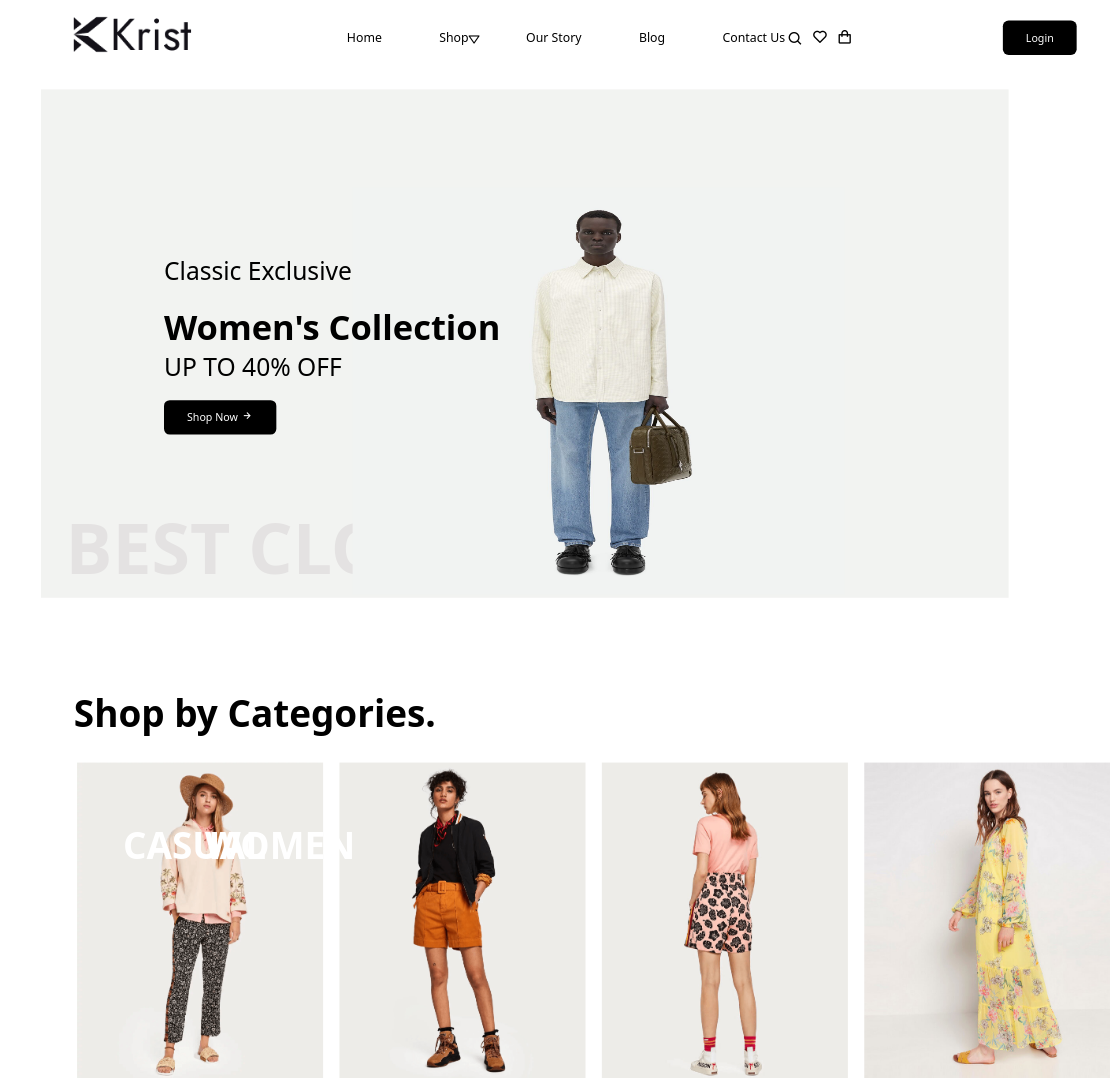
Repository: isaacCodes1/Krist-Website
Page: index.html
The author's editor kept a copy of each file at every save. The page is drawn from the files as they stood at one save, then again after the next save.
The browser window is 1280 px wide. The page is 1354 px wide, so the pictures cover 1354 px, including what lies to the right of the window. The pictures show the whole page, at 82% of full size.

Above is the page before, as saved 2024-04-01 11:07:46.

### index.html
<!DOCTYPE html>
<html lang="en">
  <head>
    <meta charset="UTF-8" />
    <meta name="viewport" content="width=device-width, initial-scale=1.0" />
    <link rel="stylesheet" href="style.css" />
    <link
      rel="stylesheet"
      href="https://unpkg.com/boxicons@latest/css/boxicons.min.css"
    />
    <title>Krist Website.</title>
  </head>
  <body>
    <header>
      <nav>
        <div class="navBar">
          <a href="index.html"><img src="/Assets/Group 56.png" alt="" /></a>
          <div class="logoItems">
            <ul>
              <li>Home</li>
              <li class="shop">Shop</li>
              <li>Our Story</li>
              <li>Blog</li>
              <li class="contact">Contact Us</li>
            </ul>
            <button class="login"><a href="Login.html">Login</a></button>
          </div>
          <div class="icons">
            <i class="bx bx-down-arrow"></i>
            <i class="bx bx-search"></i>
            <i class="bx bx-heart"></i>
            <i class="bx bx-shopping-bag"></i>
          </div>
        </div>
      </nav>
    </header>
    <section>
      <div class="landingPage">
        <h2>BEST CLOTHES</h2>
        <img src="/Assets/bot2.jpg" alt="" />
        <div class="landingPageText">
          <p class="classic">Classic Exclusive</p>
          <h1>Women's Collection</h1>
          <p>UP TO 40% OFF</p>
          <button>
            <a href="shop.html"
              >Shop Now <i class="bx bx-right-arrow-alt"></i
            ></a>
          </button>
        </div>
      </div>
    </section>
    <section class="cards">
      <div class="cardstext">
        <h1>Shop by Categories.</h1>
      </div>
      <div class="cardsImg">
        <img class="as1" src="/Assets/1.jpg" alt="" />
        <img class="as2" src="/Assets/2.jpg" alt="" />
        <img src="/Assets/3.jpg" alt="" />
        <img src="/Assets/4.jpg" alt="" />
      </div>
      <h1 class="a1">CASUAL</h1>
      <h1 class="a2">WOMEN</h1>
    </section>
  </body>
</html>

### style.css
* {
  margin: 0;
  padding: 0;
  box-sizing: border-box;
  font-family: system-ui, -apple-system, BlinkMacSystemFont, "Segoe UI", Roboto,
    Oxygen, Ubuntu, Cantarell, "Open Sans", "Helvetica Neue", sans-serif;
}
.navBar {
  display: flex;
  align-items: center;
  margin-bottom: 40px;
  position: relative;
}
.navBar img {
  margin-left: 90px;
  padding-top: 20px;
  padding-right: 190px;
}
.logoItems ul {
  display: flex;
  list-style: none;
  padding-top: 20px;
  gap: 70px;
}
.logoItems ul li {
  font-size: 15px;
}
.logoItems ul li:hover {
  transform: scale(1.05);
  font-weight: 700;
}
.shop {
  position: relative;
}
.bx-down-arrow {
  position: absolute;
  left: 570px;
}
.contact {
  position: relative;
}
.bx-search {
  position: absolute;
  right: 300px;
  top: 37px;
  font-size: 20px;
}
.bx-heart {
  position: absolute;
  right: 270px;
  top: 35px;
  font-size: 20px;
}
.bx-shopping-bag {
  position: absolute;
  right: 240px;
  top: 35px;
  font-size: 20px;
}
.bx-down-arrow {
  position: absolute;
  left: 570px;
  top: 40px;
}
.bx-right-arrow-alt {
  font-size: 15px;
}
.landingPage {
  display: flex;
  flex-direction: column;
  background: rgb(242, 243, 241);
  border-radius: 5 px;
  height: 620px;
  margin-bottom: 50px;
  margin-left: 50px;
  margin-right: 50px;
  position: relative;
}

.landingPageText {
  margin-top: 200px;
  margin-left: 150px;
  position: relative;
}
.landingPageText h1 {
  font-size: 42px;
  font-weight: 900;
}
.landingPage h2 {
  font-size: 85px;
  position: absolute;
  top: 500px;
  left: 30px;
  color: #e4e2e2;
}
.classic {
  font-size: 30px;
  font-weight: 500;
  margin-bottom: 10px;
}
.landingPageText p {
  font-size: 30px;
  font-weight: 400;
  margin-bottom: 20px;
}
button {
  padding: 12px 28px;
  background: #000;
  border: 1px;
  border-radius: 7px;
  transition: all 0.42s ease;
}
button a {
  text-decoration: none;
  font-size: 13px;
  color: #fff;
}
button:hover {
  color: #000;
  background: grey;
}
.landingPage img {
  width: 600px;
  position: absolute;
  top: 120px;
  right: 200px;
  background: transparent;
  height: 80%;
}
.login {
  padding: 12px 28px;
  background: #000;
  border: 1px;
  border-radius: 7px;
  margin-left: 800px;
  position: absolute;
  top: 25px;
}
.login a {
  text-decoration: none;
  font-size: 13px;
  color: #fff;
}
.cardstext {
  font-size: 30px;
  margin-left: 90px;
  padding-top: 60px;
  padding-bottom: 30px;
}
.cardsImg {
  display: flex;
  margin-left: 74px;
}
.cardsImg img {
  width: 300px;
  margin-left: 20px;
}
.as1 {
  position: relative;
}
.as2 {
  position: relative;
}
.a1 {
  font-size: 45px;
  color: #fff;
  position: absolute;
  top: 1000px;
  left: 150px;
}
.a2 {
  position: absolute;
  top: 1000px;
  font-size: 45px;
  color: #fff;
  left: 250px;
}

After the next save:
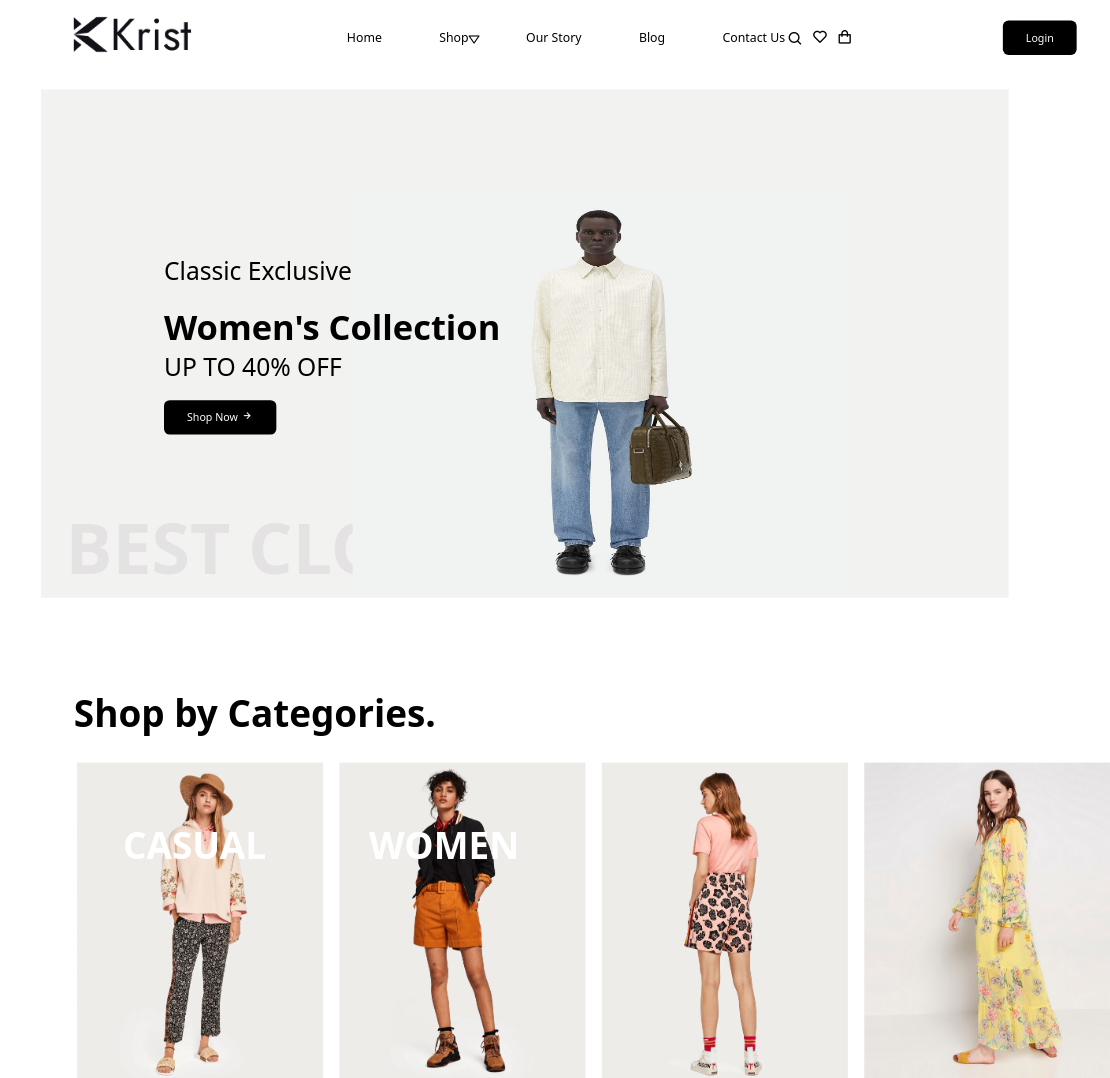
Saved 8 s later.
--- a/style.css
+++ b/style.css
@@ -173,5 +173,5 @@ button:hover {
   top: 1000px;
   font-size: 45px;
   color: #fff;
-  left: 250px;
+  left: 450px;
 }
